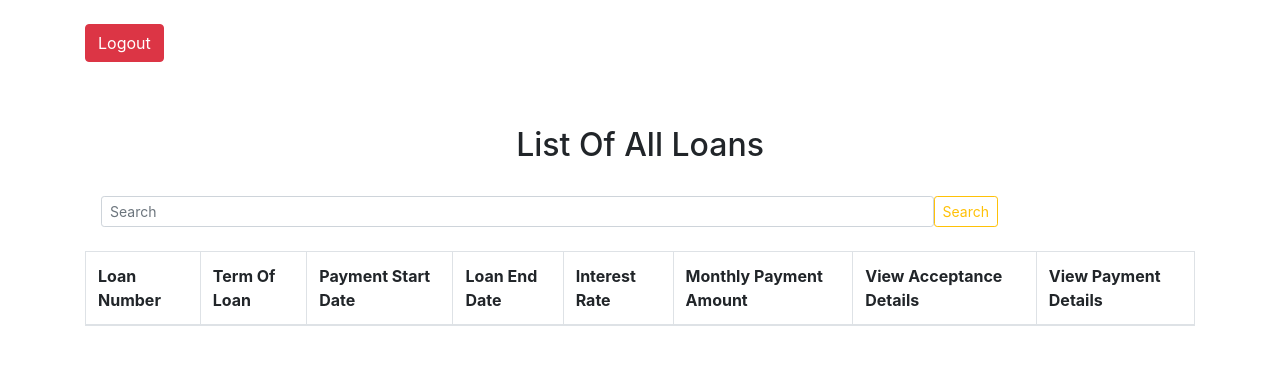
Repository: Bayvao/E-Loan-Project
Page: http://localhost/E-Loan-Project/WEB-INF/views/loan-list.jsp
An editor plug-in stored every save of this project. The page is shown before and after a run of saves, followed by the edit.
The browser window is 1280 px wide. The pictures show the whole page.
The page is served by Tomcat 9. Nobody is signed in. Other server files are loaded and not shown. The template is opened directly, without the code that normally fills it, so the values that code supplies are empty.

Above is the page before, as saved 2020-07-25 12:56:08.

### E-Loan-Project/src/main/webapp/WEB-INF/views/loan-list.jsp
<%@ taglib prefix="form" uri="http://www.springframework.org/tags/form"%>
<%@ taglib prefix="security"
	uri="http://www.springframework.org/security/tags"%>
<%@ taglib prefix="c" uri="http://java.sun.com/jsp/jstl/core"%>

<!DOCTYPE html>
<html lang="en">
<head>
<title>Loan List</title>

<meta charset="utf-8">
<meta name="viewport" content="width=device-width, initial-scale=1">
<link rel="stylesheet"
	href="https://maxcdn.bootstrapcdn.com/bootstrap/4.5.0/css/bootstrap.min.css">
<script
	src="https://ajax.googleapis.com/ajax/libs/jquery/3.5.1/jquery.min.js"></script>
<script
	src="https://cdnjs.cloudflare.com/ajax/libs/popper.js/1.16.0/umd/popper.min.js"></script>
<script
	src="https://maxcdn.bootstrapcdn.com/bootstrap/4.5.0/js/bootstrap.min.js"></script>


<style>

h2 {
	text-align: center;
}
</style>
</head>
<body>

	<div class="container">
		<br />

		<!-- Add a logout button -->
		<form:form action="${pageContext.request.contextPath}/logout"
			method="POST">

			<input type="submit" class="btn btn-danger" value="Logout" />

		</form:form>


		<br />
		<!-- display user name and role -->

		<p>

			<security:authorize access="isAuthenticated()">
        User: <security:authentication property="principal.username" />
        | Role: <security:authentication
					property="principal.authorities" />
			</security:authorize>

			<br />
		<div>
			<h2>List Of All Loans</h2>
		</div>
		<br />

		<form:form action="${pageContext.request.contextPath}/searchLoan"
			method="POST" class="form-inline">
			<i class="fas fa-search" aria-hidden="true"></i>
			<input class="form-control form-control-sm ml-3 w-75" type="text"
				placeholder="Search" aria-label="Search">
			<button class="btn btn-outline-warning btn-rounded btn-sm my-0"
				type="submit">Search</button>
		</form:form>
		<br>

		<table class="table table-bordered table-hover">
			<thead>
				<tr>
					<th scope="col">Loan Number</th>
					<th scope="col">Term Of Loan</th>
					<th scope="col">Payment Start Date</th>
					<th scope="col">Loan End Date</th>
					<th scope="col">Interest Rate</th>
					<th scope="col">Monthly Payment Amount</th>
					<th scope="col">View Acceptance Details</th>
					<th scope="col">View Payment Details</th>

				</tr>
			</thead>
			<tbody>
				<c:forEach items="${listLoan}" var="loan">
					<tr>
						<td scope="row">${loan.loanNumber}</td>
						<td>${loan.termOfLoan}</td>
						<td>${loan.repaymentStartDate}</td>
						<td>${loan.loanClosureDate}</td>
						<td>${loan.interestRate}</td>
						<td>${loan.monthlyPaymentAmount}</td>
						<td><a
							href="${pageContext.request.contextPath}/manager/detailView?id=${loan.loanNumber}">View
								Details</a></td>
						<td><a
							href="${pageContext.request.contextPath}/manager/viewPaymentDetails?id=${loan.loanNumber}">View
								Details</a></td>
					</tr>
				</c:forEach>
			</tbody>
		</table>
	</div>
</body>
</html>

After the next 2 saves:
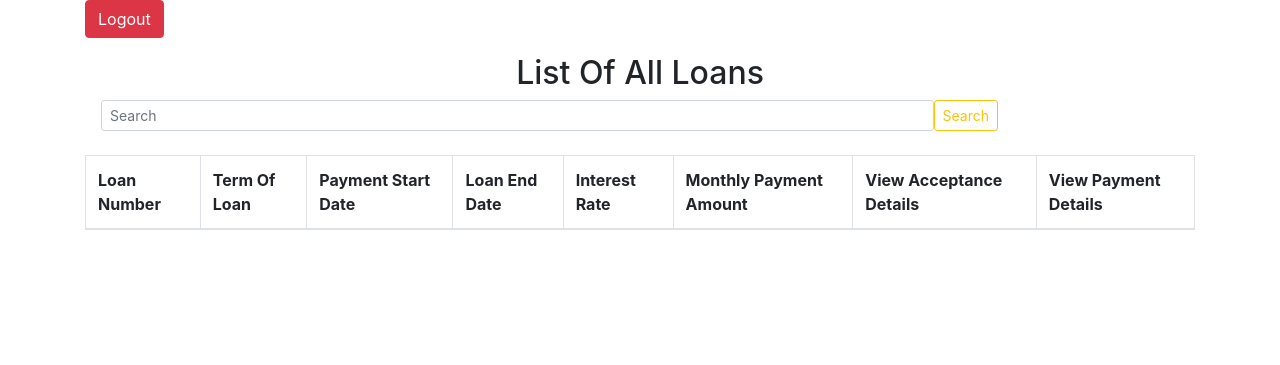
The 2 saves are shown as one change because they came seconds apart.
The last was saved 21 s later.
--- a/E-Loan-Project/src/main/webapp/WEB-INF/views/loan-list.jsp
+++ b/E-Loan-Project/src/main/webapp/WEB-INF/views/loan-list.jsp
@@ -30,7 +30,6 @@ h2 {
 <body>
 
 	<div class="container">
-		<br />
 
 		<!-- Add a logout button -->
 		<form:form action="${pageContext.request.contextPath}/logout"
@@ -40,10 +39,6 @@ h2 {
 
 		</form:form>
 
-
-		<br />
-		<!-- display user name and role -->
-
 		<p>
 
 			<security:authorize access="isAuthenticated()">
@@ -52,11 +47,9 @@ h2 {
 					property="principal.authorities" />
 			</security:authorize>
 
-			<br />
 		<div>
 			<h2>List Of All Loans</h2>
 		</div>
-		<br />
 
 		<form:form action="${pageContext.request.contextPath}/searchLoan"
 			method="POST" class="form-inline">
